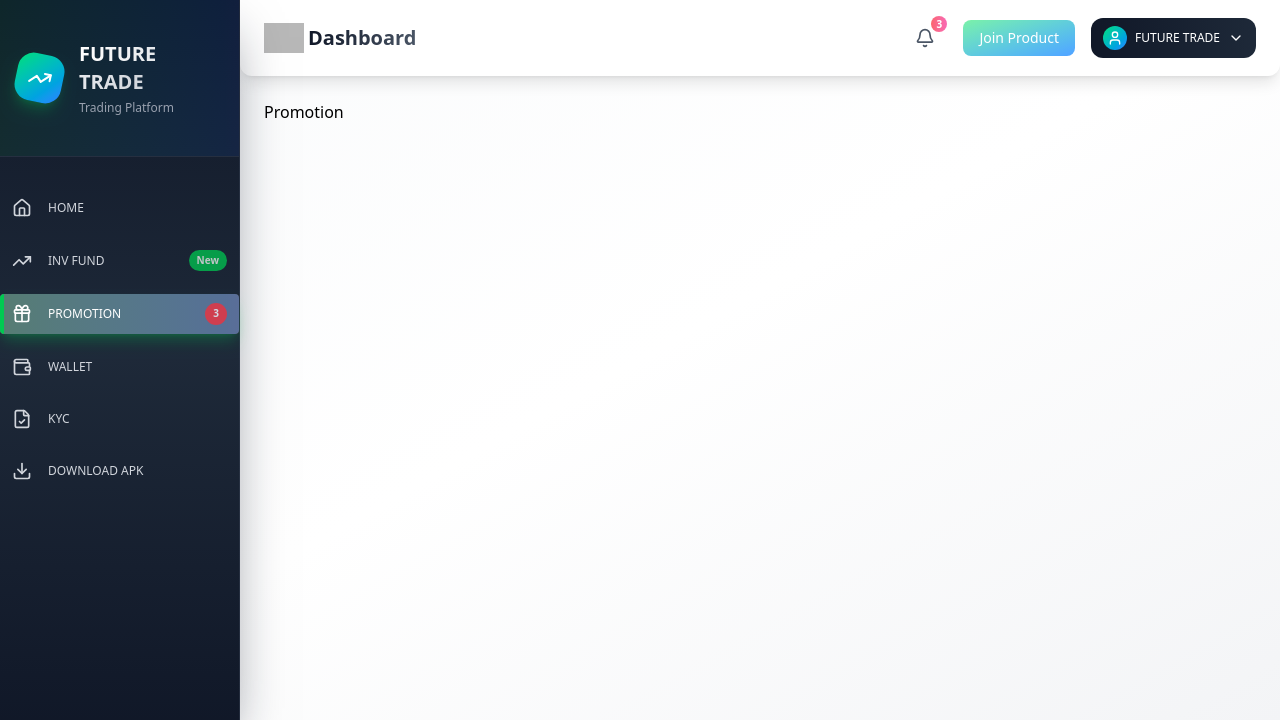
Repository: GauraVPandeyyy/Trade
Page: /promotion
These files come from the project's save history. The page is drawn as it stood at one moment and after the next save; the edit follows.
The browser window is 1280 px wide. The pictures show the whole page.
Pictures or frames that could not be fetched are drawn as grey boxes. The project was rebuilt for these pictures with package versions that can differ from the ones it lists, and the page was loaded fresh each time. Some packages were replaced by stand-ins written for this rebuild. Also part of the build but not shown: vite.config.js, src/App.jsx, src/components/DashboardCard.jsx, src/pages/Homee.jsx, src/pages/InvFund.jsx, src/pages/Wallet.jsx, src/pages/Kyc.jsx, src/pages/DownloadApk.jsx.

Above is the page before, as saved 2025-08-04 08:05:03.

After the next save:
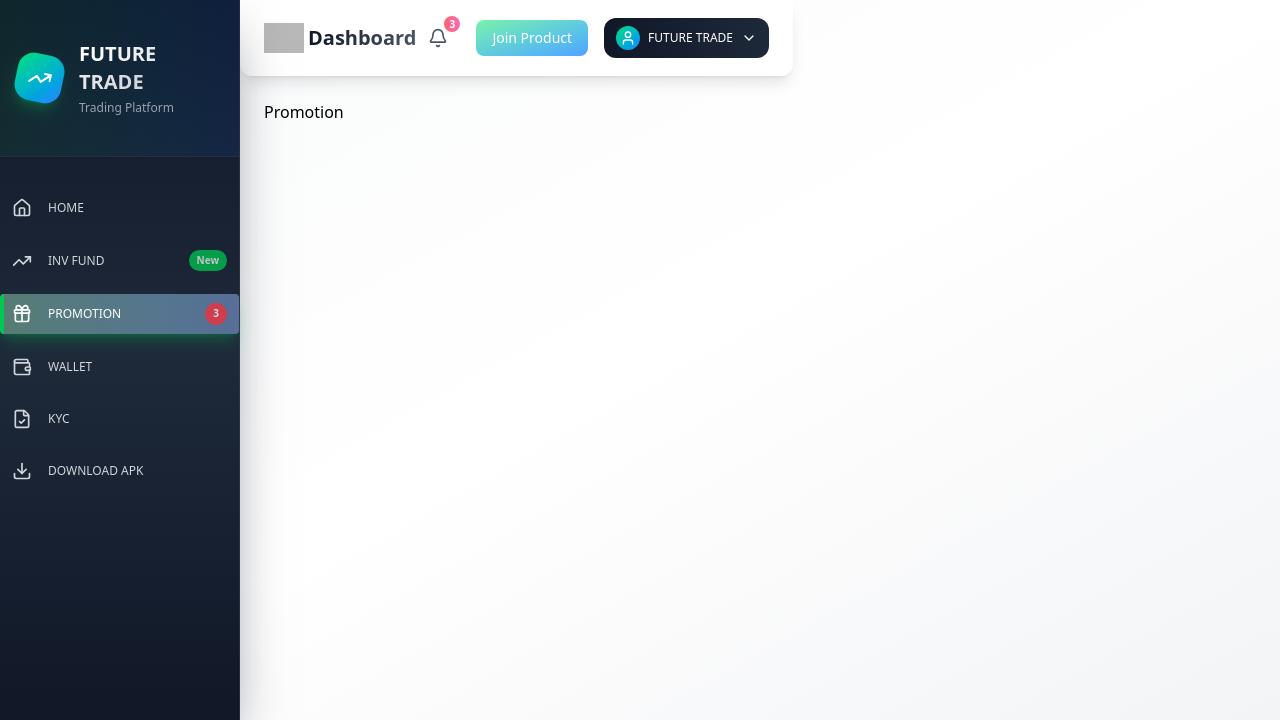
Saved 2 h 42 min later.
--- a/src/pages/Dashboard.jsx
+++ b/src/pages/Dashboard.jsx
@@ -37,7 +37,7 @@
       <Sidebar isOpen={isOpen} onClose={close} isMobile={isMobile} />
 
       {/* Main Content */}
-      <div className={`flex-1 flex flex-col transition-all duration-300 ${!isMobile ? 'ml-0' : ''}`}>
+      <div className={` flex flex-col transition-all duration-300 ${!isMobile ? 'ml-0' : ''}`}>
         {/* Header */}
         <Header onMenuClick={toggle} isMobile={isMobile} />
 

After the 3 saves that followed:
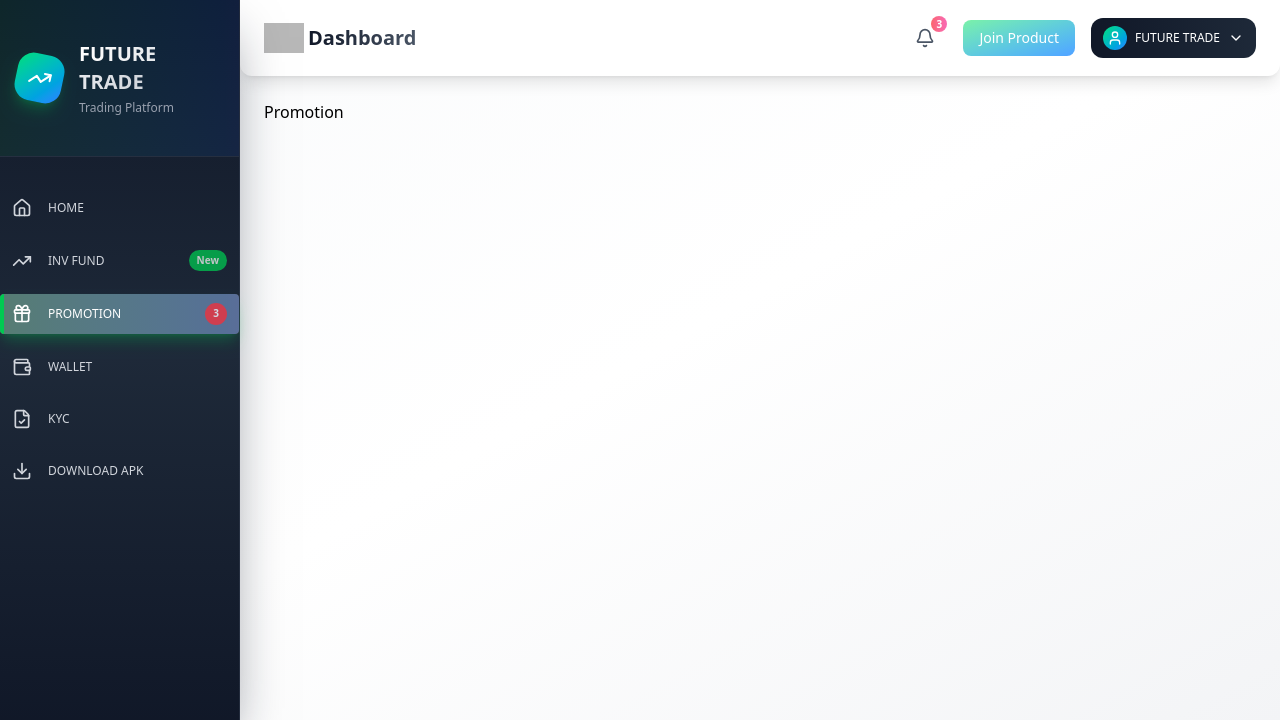
The 3 saves are shown as one change because they came seconds apart.
The last was saved 39 s later.
--- a/src/pages/Dashboard.jsx
+++ b/src/pages/Dashboard.jsx
@@ -37,7 +37,7 @@
       <Sidebar isOpen={isOpen} onClose={close} isMobile={isMobile} />
 
       {/* Main Content */}
-      <div className={` flex flex-col transition-all duration-300 ${!isMobile ? 'ml-0' : ''}`}>
+      <div className={`flex-2/3 flex flex-col transition-all duration-300 ${!isMobile ? 'ml-0' : ''}`}>
         {/* Header */}
         <Header onMenuClick={toggle} isMobile={isMobile} />
 
